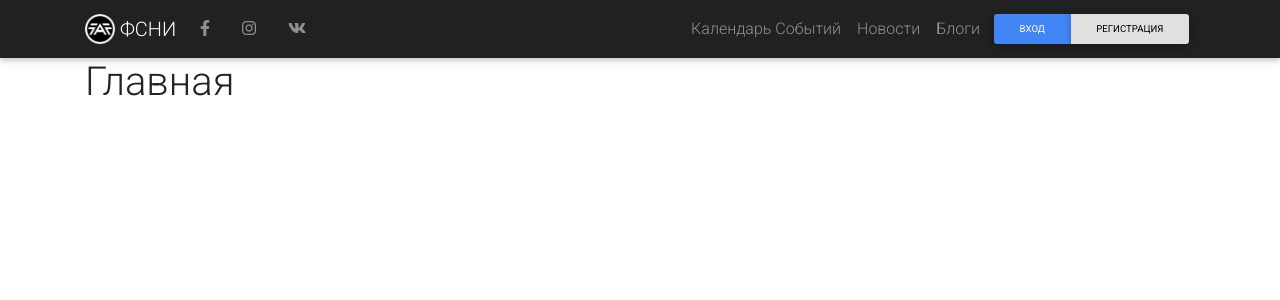
Repository: alexey1986/fsni_test
Page: /
These files come from the project's save history. The page is drawn as it stood at one moment and after the next save; the edit follows.
The browser window is 1280 px wide. The pictures show the whole page.
The project was rebuilt for these pictures with package versions that can differ from the ones it lists, and the page was loaded fresh each time. Also part of the build but not shown: src/pages/calendar.jsx, src/pages/news.jsx, src/pages/blogs.jsx.

Above is the page before, as saved 2020-08-29 09:23:55.

### src/index.js
import React from 'react';
import ReactDOM from 'react-dom';
import 'bootstrap/dist/css/bootstrap.min.css';
import '@fortawesome/fontawesome-free/css/all.min.css';
//import 'bootstrap-css-only/css/bootstrap.min.css';
import 'mdbreact/dist/css/mdb.css';


import App from './App';
import * as serviceWorker from './serviceWorker';

ReactDOM.render(
  <React.StrictMode>
    <App />
  </React.StrictMode>,
  document.getElementById('root')
);

// If you want your app to work offline and load faster, you can change
// unregister() to register() below. Note this comes with some pitfalls.
// Learn more about service workers: https://bit.ly/CRA-PWA
serviceWorker.unregister();

### src/App.js
import React from 'react';
import NavBarComponent from './components/nav/NavBar';

function App() {
  return (
    <NavBarComponent></NavBarComponent>
  );
}

export default App;

### src/components/nav/NavBar.jsx
import React from 'react';
import { BrowserRouter as Router, Link, NavLink, Route } from "react-router-dom";
import { Container, Navbar, Nav, ButtonGroup, Button } from 'react-bootstrap';
import SocialButtons from './SocialButtons'
import Home from '../../pages/home';
import Calendar from '../../pages/calendar';
import News from '../../pages/news';
import Blogs from '../../pages/blogs';
import logo from './logo.png';

const NavBarComponent = () => {
    return (
        <Router>
            <Navbar bg="dark" expand="lg" variant="dark" sticky="top" >
                <Container>
                    <Navbar.Brand as={Link} to='/'>
                        <img
                            alt=""
                            src={logo}
                            width="30"
                            height="30"
                            className="d-inline-block align-top"
                        />{' '}
                        ФСНИ
                    </Navbar.Brand>
                    <Navbar.Toggle aria-controls="basic-navbar-nav" />
                    <Navbar.Collapse id="basic-navbar-nav">
                        <SocialButtons />
                        <Nav>
                            <Nav.Link as={NavLink} to='/calendar'>Календарь Событий</Nav.Link>
                            <Nav.Link as={NavLink} to='/news'>Новости</Nav.Link>
                            <Nav.Link as={NavLink} to='/blogs'>Блоги</Nav.Link>
                        </Nav>
                        <ButtonGroup size="sm" aria-label="login/registration">
                            <Button variant="primary">Вход</Button>
                            <Button variant="light">Регистрация</Button>
                        </ButtonGroup>
                    </Navbar.Collapse>
                </Container>
            </Navbar>
            <Route path="/" exact component={Home} />
            <Route path="/calendar" exact component={Calendar} />
            <Route path="/news" exact component={News} />
            <Route path="/blogs" exact component={Blogs} />
        </Router>
    )
}

export default NavBarComponent;

### src/components/nav/SocialButtons.jsx
import React from 'react';
import { Nav } from 'react-bootstrap';
import { MDBIcon } from 'mdbreact';

const SocialButtons = () => {
  return (
    <Nav className="mr-auto" >
      <Nav.Link href="#!" className="fb-ic mr-3">
        <MDBIcon fab icon="facebook-f" />
      </Nav.Link>
      <Nav.Link href="#!" className="ins-ic mr-3">
        <MDBIcon fab icon="instagram" />
      </Nav.Link>
      <Nav.Link href="#!" className="vk-ic mr-3">
        <MDBIcon fab icon="vk" />
      </Nav.Link>
    </Nav>
  );
}

export default SocialButtons;

### src/pages/home.jsx
import React from 'react';
import { Container, Row, Col } from 'react-bootstrap';

const Home = () => <Container><h1>Главная</h1></Container>

export default Home;

Loaded but not shown: public/index.html (common file); src/serviceWorker.js (common file)

After the next save:
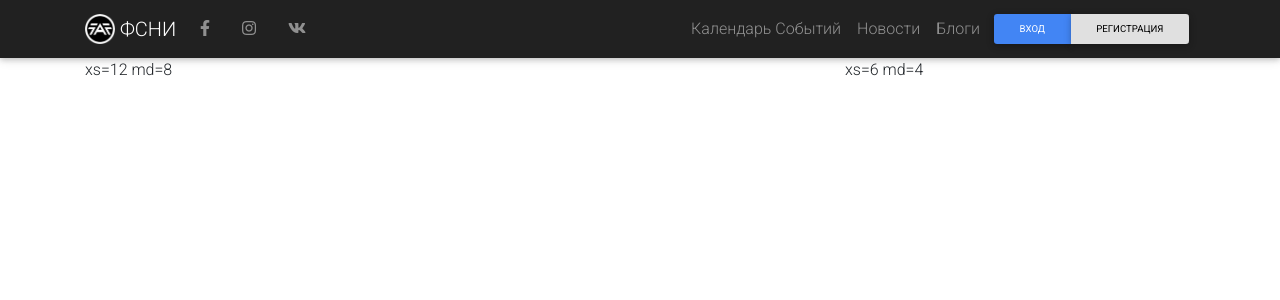
Saved 49 s later.
--- a/src/pages/home.jsx
+++ b/src/pages/home.jsx
@@ -1,6 +1,19 @@
 import React from 'react';
 import { Container, Row, Col } from 'react-bootstrap';
 
-const Home = () => <Container><h1>Главная</h1></Container>
+const Home = () => {
+    return (
+        <Container>
+            <Row>
+                <Col xs={12} md={8}>
+                xs=12 md=8
+                </Col>
+                <Col xs={6} md={4}>
+                xs=6 md=4
+                </Col>
+            </Row>
+        </Container>
+    )
+}
 
 export default Home;
